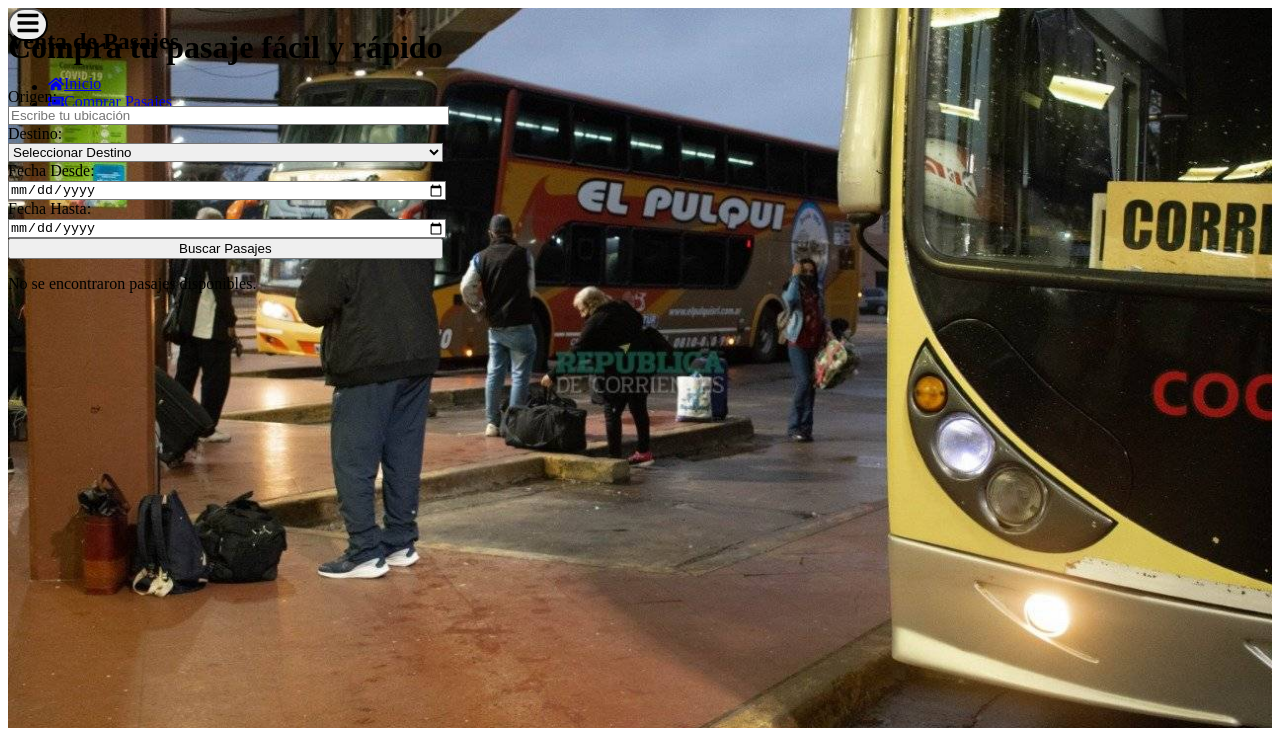
Repository: francoluca35/ventaboletos
Page: /tickets
The author's editor kept a copy of each file at every save. The page is drawn from the files as they stood at one save, then again after the next save.
The browser window is 1280 px wide. The pictures show the whole page.
The page's requests for data from a server got no answer. The project was rebuilt for these pictures with package versions that can differ from the ones it lists, and the page was loaded fresh each time. The framework's server and built-in components were replaced by stand-ins that run in the browser. No one was signed in, and anything a server would have sent is missing. Also part of the build but not shown: next.config.mjs.

Above is the page before, as saved 2025-03-14 18:28:46.

### src/app/layout.js
import { Geist, Geist_Mono } from "next/font/google";
import "./globals.css";
import "./style/tailwinds.css"
const geistSans = Geist({
  variable: "--font-geist-sans",
  subsets: ["latin"],
});

const geistMono = Geist_Mono({
  variable: "--font-geist-mono",
  subsets: ["latin"],
});

export const metadata = {
  title: "Create Next App",
  description: "Generated by create next app",
};

export default function RootLayout({ children }) {
  return (
    <html lang="en">
      <body
        className={`${geistSans.variable} ${geistMono.variable} antialiased`}
      >
        {children}
      </body>
    </html>
  );
}

### src/app/tickets/page.js
'use client'
import { useState, useEffect } from "react";
import Sidebar from "../components/Sidebar";
import axios from "axios";

const argentinaProvincias = [
  "Buenos Aires", "Córdoba", "Santa Fe", "Mendoza", "Tucumán", "Salta",
  "Entre Ríos", "Misiones", "Chaco", "Corrientes", "Santiago del Estero",
  "San Juan", "Jujuy", "Río Negro", "Neuquén", "Formosa", "Chubut",
  "San Luis", "Catamarca", "La Rioja", "La Pampa", "Santa Cruz", "Tierra del Fuego"
];

export default function Home() {
  const [origen, setOrigen] = useState("");
  const [destino, setDestino] = useState("");
  const [fechaDesde, setFechaDesde] = useState("");
  const [fechaHasta, setFechaHasta] = useState("");
  const [pasajes, setPasajes] = useState([]);
  const [todosLosDestinos, setTodosLosDestinos] = useState([]);

  // Obtener la ubicación del usuario automáticamente
  useEffect(() => {
    if (navigator.geolocation) {
      navigator.geolocation.getCurrentPosition(
        async (position) => {
          const { latitude, longitude } = position.coords;
          try {
            const response = await axios.get(
              `https://nominatim.openstreetmap.org/reverse?format=json&lat=${latitude}&lon=${longitude}`
            );
            setOrigen(response.data.address.city || "Ubicación no encontrada");
          } catch (error) {
            console.error("Error obteniendo ubicación:", error);
          }
        },
        (error) => console.error("Error al obtener la ubicación:", error)
      );
    }
  }, []);

  // Obtener los destinos desde el JSON (Mock API en local)
  useEffect(() => {
    axios.get("http://localhost:5000/data/tickets")
      .then(response => {
        setTodosLosDestinos(response.data.map(ticket => ticket.destino));
      })
      .catch(error => console.error("Error cargando destinos:", error));
  }, []);

  const buscarPasajes = () => {
    axios.get("http://localhost:5000/data/tickets")
      .then(response => {
        const resultados = response.data.filter(ticket =>
          ticket.destino.includes(destino) &&
          (!fechaDesde || new Date(ticket.fecha) >= new Date(fechaDesde)) &&
          (!fechaHasta || new Date(ticket.fecha) <= new Date(fechaHasta))
        );
        setPasajes(resultados);
      })
      .catch(error => console.error("Error al buscar pasajes:", error));
  };

  return (
    <div className="relative w-full h-screen bg-cover bg-center" style={{ backgroundImage: "url('/fondo-pasajes.jpg')" }}>
      <Sidebar />
      <div className="absolute inset-0 bg-black bg-opacity-50 flex flex-col justify-center items-center">
        <h1 className="text-white text-4xl font-bold mb-6">Compra tu pasaje fácil y rápido</h1>

        {/* Formulario de Búsqueda */}
        <div className="bg-white p-6 rounded-lg shadow-lg w-full max-w-2xl">
          <div className="grid grid-cols-1 md:grid-cols-2 gap-4">

            {/* Origen */}
            <div>
              <label className="block text-gray-700">Origen:</label>
              <input
                type="text"
                className="w-full p-2 border rounded"
                value={origen}
                onChange={(e) => setOrigen(e.target.value)}
                placeholder="Escribe tu ubicación"
              />
            </div>

            {/* Destino */}
            <div>
              <label className="block text-gray-700">Destino:</label>
              <select
                className="w-full p-2 border rounded"
                value={destino}
                onChange={(e) => setDestino(e.target.value)}
              >
                <option value="">Seleccionar Destino</option>
                {[...new Set([...todosLosDestinos, ...argentinaProvincias])].map((provincia, index) => (
                  <option key={index} value={provincia}>{provincia}</option>
                ))}
              </select>
            </div>

            {/* Fecha Desde */}
            <div>
              <label className="block text-gray-700">Fecha Desde:</label>
              <input
                type="date"
                className="w-full p-2 border rounded"
                value={fechaDesde}
                onChange={(e) => setFechaDesde(e.target.value)}
              />
            </div>

            {/* Fecha Hasta */}
            <div>
              <label className="block text-gray-700">Fecha Hasta:</label>
              <input
                type="date"
                className="w-full p-2 border rounded"
                value={fechaHasta}
                onChange={(e) => setFechaHasta(e.target.value)}
              />
            </div>
          </div>

          <button
            onClick={buscarPasajes}
            className="w-full bg-blue-600 text-white p-3 rounded mt-4"
          >
            Buscar Pasajes
          </button>
        </div>

        {/* Resultados */}
        <div className="mt-6 w-full max-w-3xl">
          {pasajes.length > 0 ? (
            <ul className="bg-white p-4 rounded-lg shadow-lg">
              {pasajes.map(ticket => (
                <li key={ticket.id} className="border-b py-2 flex justify-between">
                  <span>{ticket.destino} - ${ticket.precio}</span>
                  <span>{ticket.fecha}</span>
                </li>
              ))}
            </ul>
          ) : (
            <p className="text-white mt-4">No se encontraron pasajes disponibles.</p>
          )}
        </div>
      </div>
    </div>
  );
}

### src/app/components/Sidebar.js
'use client'
"use client"; // Importante si usas App Router

import Link from "next/link";
import { useState } from "react";
import { FaBars, FaTimes, FaHome, FaTicketAlt } from "react-icons/fa"; // ✅ Import correcto

const Sidebar = () => {
  const [isOpen, setIsOpen] = useState(false);

  return (
    <div className="flex">
      {/* Botón para abrir/cerrar */}
      <button
        onClick={() => setIsOpen(!isOpen)}
        className="fixed top-4 left-4 z-50 text-white bg-blue-600 p-2 rounded-full"
      >
        {isOpen ? <FaTimes size={24} /> : <FaBars size={24} />}
      </button>

      {/* Sidebar */}
      <div
        className={`fixed top-0 left-0 h-full w-64 bg-blue-800 text-white transition-transform ${
          isOpen ? "translate-x-0" : "-translate-x-64"
        }`}
      >
        <h2 className="text-xl font-bold p-4">Venta de Pasajes</h2>
        <ul className="mt-4 space-y-4">
          <li className="px-4 py-2 hover:bg-blue-700">
            <Link href="/" className="flex items-center gap-2">
              <FaHome /> Inicio
            </Link>
          </li>
          <li className="px-4 py-2 hover:bg-blue-700">
            <Link href="/tickets" className="flex items-center gap-2">
              <FaTicketAlt /> Comprar Pasajes
            </Link>
          </li>
        </ul>
      </div>
    </div>
  );
};

export default Sidebar;

Loaded but not shown: src/app/globals.css (common file); src/app/style/tailwinds.css (common file)

After the next save:
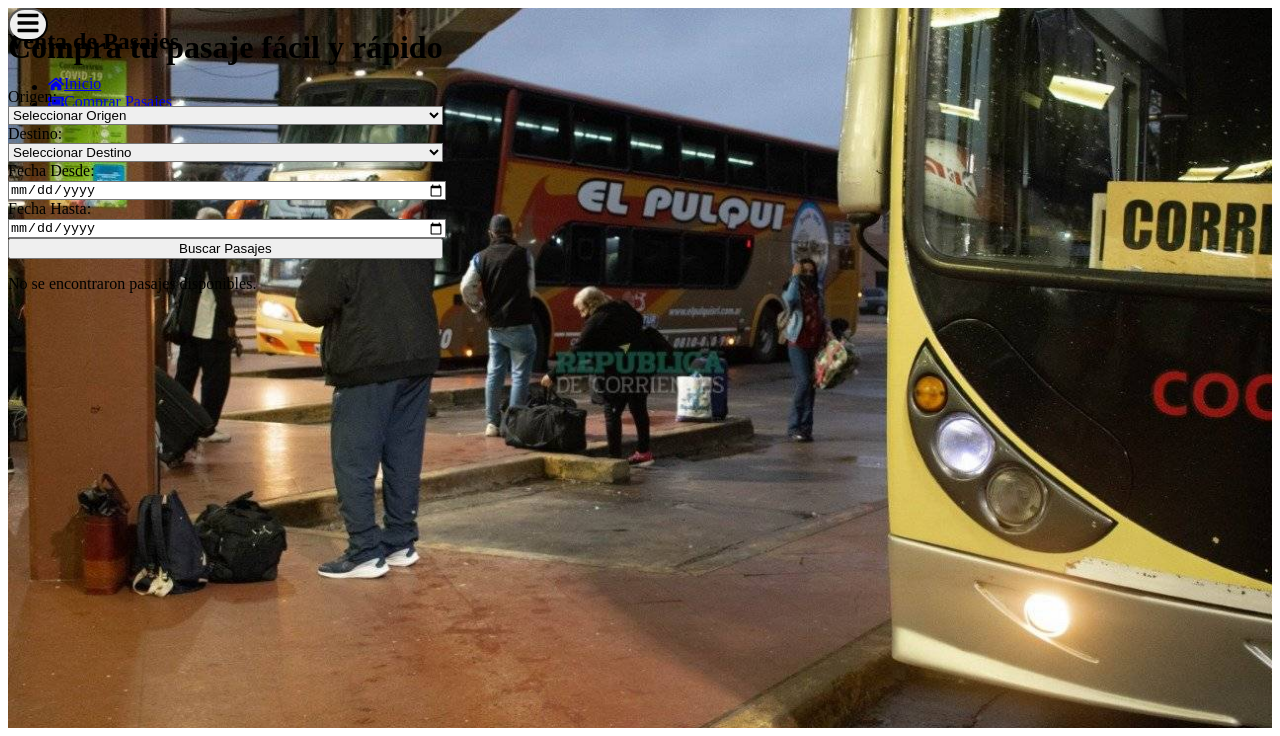
Saved 45 s later.
--- a/src/app/tickets/page.js
+++ b/src/app/tickets/page.js
@@ -1,14 +1,8 @@
-'use client'
+"use client";
+
 import { useState, useEffect } from "react";
 import Sidebar from "../components/Sidebar";
 import axios from "axios";
-
-const argentinaProvincias = [
-  "Buenos Aires", "Córdoba", "Santa Fe", "Mendoza", "Tucumán", "Salta",
-  "Entre Ríos", "Misiones", "Chaco", "Corrientes", "Santiago del Estero",
-  "San Juan", "Jujuy", "Río Negro", "Neuquén", "Formosa", "Chubut",
-  "San Luis", "Catamarca", "La Rioja", "La Pampa", "Santa Cruz", "Tierra del Fuego"
-];
 
 export default function Home() {
   const [origen, setOrigen] = useState("");
@@ -16,7 +10,9 @@
   const [fechaDesde, setFechaDesde] = useState("");
   const [fechaHasta, setFechaHasta] = useState("");
   const [pasajes, setPasajes] = useState([]);
-  const [todosLosDestinos, setTodosLosDestinos] = useState([]);
+  const [todosLosViajes, setTodosLosViajes] = useState([]);
+  const [origenesDisponibles, setOrigenesDisponibles] = useState([]);
+  const [destinosDisponibles, setDestinosDisponibles] = useState([]);
 
   // Obtener la ubicación del usuario automáticamente
   useEffect(() => {
@@ -38,26 +34,26 @@
     }
   }, []);
 
-  // Obtener los destinos desde el JSON (Mock API en local)
+  // Obtener los viajes desde el JSON (API en local)
   useEffect(() => {
-    axios.get("http://localhost:5000/data/tickets")
+    axios.get("http://localhost:5000/api/tickets")
       .then(response => {
-        setTodosLosDestinos(response.data.map(ticket => ticket.destino));
+        setTodosLosViajes(response.data);
+        setPasajes(response.data); // Mostrar todos los viajes al inicio
+        setOrigenesDisponibles([...new Set(response.data.map(ticket => ticket.origen))]);
+        setDestinosDisponibles([...new Set(response.data.map(ticket => ticket.destino))]);
       })
-      .catch(error => console.error("Error cargando destinos:", error));
+      .catch(error => console.error("Error cargando viajes:", error));
   }, []);
 
   const buscarPasajes = () => {
-    axios.get("http://localhost:5000/data/tickets")
-      .then(response => {
-        const resultados = response.data.filter(ticket =>
-          ticket.destino.includes(destino) &&
-          (!fechaDesde || new Date(ticket.fecha) >= new Date(fechaDesde)) &&
-          (!fechaHasta || new Date(ticket.fecha) <= new Date(fechaHasta))
-        );
-        setPasajes(resultados);
-      })
-      .catch(error => console.error("Error al buscar pasajes:", error));
+    const resultados = todosLosViajes.filter(ticket =>
+      (origen ? ticket.origen.includes(origen) : true) &&
+      (destino ? ticket.destino.includes(destino) : true) &&
+      (!fechaDesde || new Date(ticket.fechaDesde) >= new Date(fechaDesde)) &&
+      (!fechaHasta || new Date(ticket.fechaHasta) <= new Date(fechaHasta))
+    );
+    setPasajes(resultados);
   };
 
   return (
@@ -73,13 +69,16 @@
             {/* Origen */}
             <div>
               <label className="block text-gray-700">Origen:</label>
-              <input
-                type="text"
+              <select
                 className="w-full p-2 border rounded"
                 value={origen}
                 onChange={(e) => setOrigen(e.target.value)}
-                placeholder="Escribe tu ubicación"
-              />
+              >
+                <option value="">Seleccionar Origen</option>
+                {origenesDisponibles.map((origen, index) => (
+                  <option key={index} value={origen}>{origen}</option>
+                ))}
+              </select>
             </div>
 
             {/* Destino */}
@@ -91,8 +90,8 @@
                 onChange={(e) => setDestino(e.target.value)}
               >
                 <option value="">Seleccionar Destino</option>
-                {[...new Set([...todosLosDestinos, ...argentinaProvincias])].map((provincia, index) => (
-                  <option key={index} value={provincia}>{provincia}</option>
+                {destinosDisponibles.map((destino, index) => (
+                  <option key={index} value={destino}>{destino}</option>
                 ))}
               </select>
             </div>
@@ -133,9 +132,10 @@
           {pasajes.length > 0 ? (
             <ul className="bg-white p-4 rounded-lg shadow-lg">
               {pasajes.map(ticket => (
-                <li key={ticket.id} className="border-b py-2 flex justify-between">
-                  <span>{ticket.destino} - ${ticket.precio}</span>
-                  <span>{ticket.fecha}</span>
+                <li key={ticket.id} className="border-b py-2 flex flex-col">
+                  <span className="font-bold">{ticket.origen} ➝ {ticket.destino}</span>
+                  <span>Precio: ${ticket.precio}</span>
+                  <span>Desde: {ticket.fechaDesde} - Hasta: {ticket.fechaHasta}</span>
                 </li>
               ))}
             </ul>
